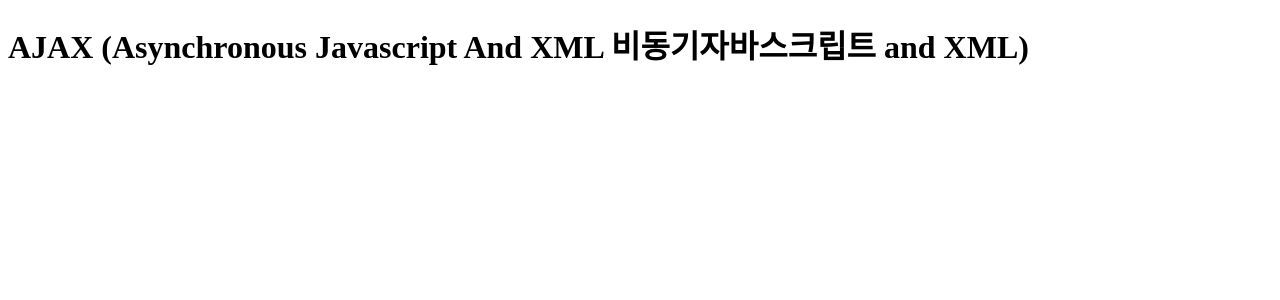
Repository: Lee-seongBeom/bitclass
Page: html08/WebContent/ex03.html
The author's editor kept a copy of each file at every save. The page is drawn from the files as they stood at one save, then again after the next save.
The browser window is 1280 px wide. The pictures show the whole page.

Above is the page before, as saved 2020-07-17 05:39:17.

After the next save:
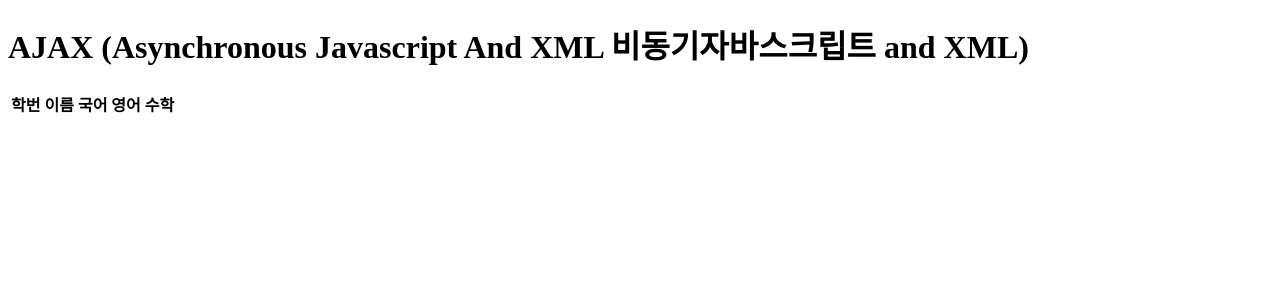
Saved 43 s later.
--- a/html08/WebContent/ex03.html
+++ b/html08/WebContent/ex03.html
@@ -6,6 +6,14 @@
 </head>
 <body>
 	<h1>AJAX (Asynchronous Javascript And XML 비동기자바스크립트 and XML)</h1>
-
+	<table>
+		<tr>
+			<th>학번</th>
+			<th>이름</th>
+			<th>국어</th>
+			<th>영어</th>
+			<th>수학</th>
+		</tr>
+	</table>
 </body>
 </html>
